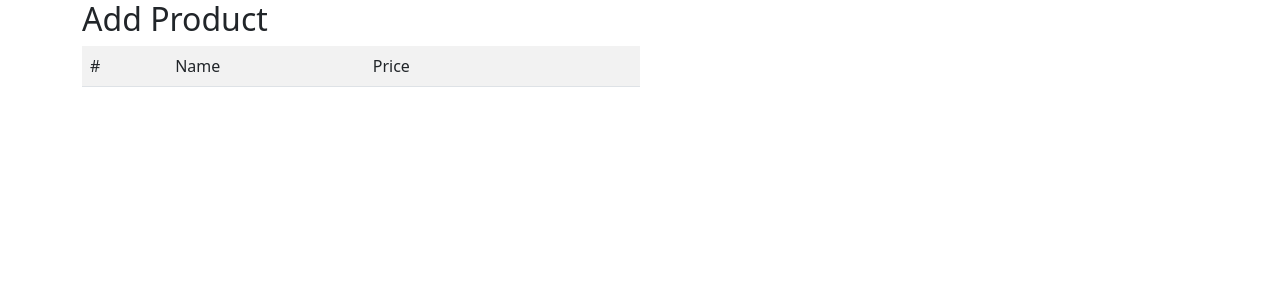
Repository: nguyenhung50497/MD3_thaoTacVoiFile
Page: BT_productManager2/templates/addProduct.html
The author's editor kept a copy of each file at every save. The page is drawn from the files as they stood at one save, then again after the next save.
The browser window is 1280 px wide. The pictures show the whole page.
Some web libraries are served in a nearby version.

Above is the page before, as saved 2022-12-14 15:39:45.

After the next save:
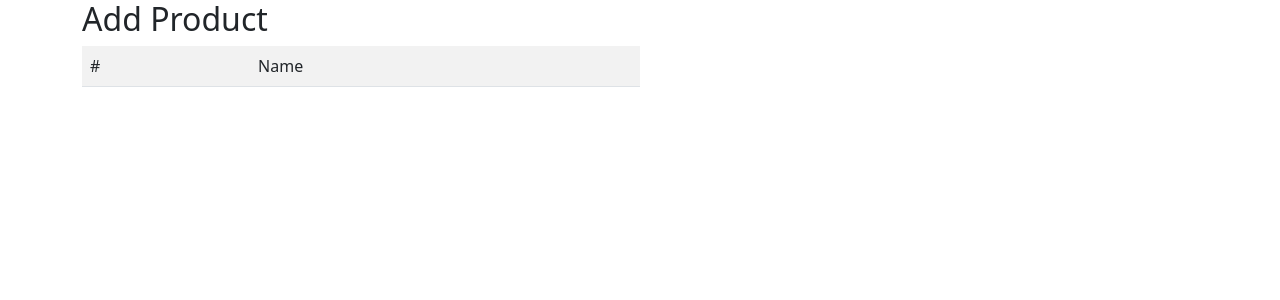
Saved 10 s later.
--- a/BT_productManager2/templates/addProduct.html
+++ b/BT_productManager2/templates/addProduct.html
@@ -14,9 +14,7 @@
                 <tr>
                     <td>#</td>
                     <td>Name</td>
-                    <td>Price</td>
-                    <td></td>
-                    <td></td>
+
                 </tr>
 
             </table>

After the save that followed:
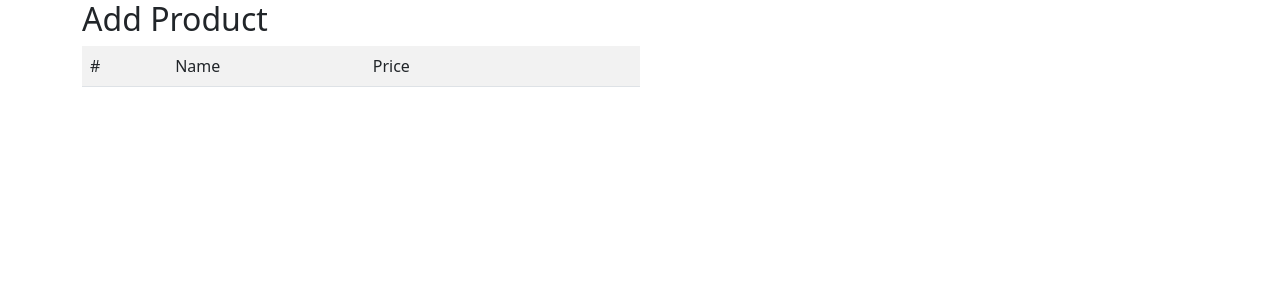
Saved 40 s later.
--- a/BT_productManager2/templates/addProduct.html
+++ b/BT_productManager2/templates/addProduct.html
@@ -14,7 +14,9 @@
                 <tr>
                     <td>#</td>
                     <td>Name</td>
-
+                    <td>Price</td>
+                    <td></td>
+                    <td></td>
                 </tr>
 
             </table>
